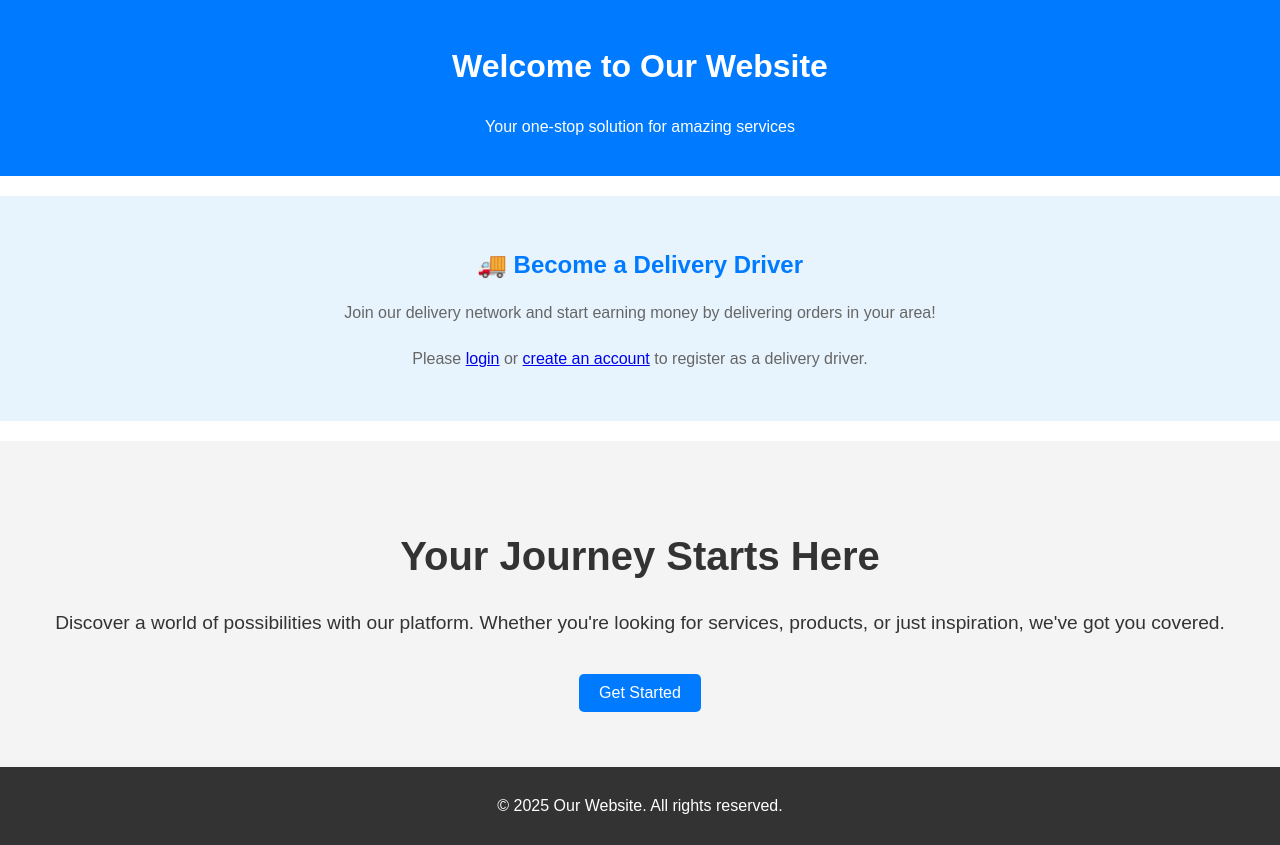
Repository: Jijiluzana225/indahagdelivery.com
Page: store/templates/store/home.html
These files come from the project's save history. The page is drawn as it stood at one moment and after the next save; the edit follows.
The browser window is 1280 px wide. The pictures show the whole page.
The template is drawn by Django 5.2. The application's start-up code is not run. Other server files are loaded and not shown. The template is opened directly, without the code that normally fills it, so the values that code supplies are empty.

Above is the page before, as saved 2025-06-25 09:23:35.

### store/templates/store/home.html
<!DOCTYPE html>
<html lang="en">
<head>
    <meta charset="UTF-8">
    <meta name="viewport" content="width=device-width, initial-scale=1.0">
    <title>Welcome to Our Website</title>
    <style>
        /* Basic Styles */
        body {
            font-family: Arial, sans-serif;
            margin: 0;
            padding: 0;
            line-height: 1.6;
            color: #333;
        }
        header {
            background: #007BFF;
            color: #fff;
            padding: 20px 10px;
            text-align: center;
        }
        nav {
            display: flex;
            justify-content: center;
            background: #0056b3;
            padding: 10px 0;
        }
        nav a {
            color: #fff;
            text-decoration: none;
            margin: 0 15px;
            font-weight: bold;
        }
        nav a:hover {
            text-decoration: underline;
        }
        .hero {
            text-align: center;
            padding: 50px 20px;
            background: #f4f4f4;
        }
        .hero h1 {
            font-size: 2.5rem;
            margin-bottom: 20px;
        }
        .hero p {
            font-size: 1.2rem;
            margin-bottom: 30px;
        }
        .hero button, .btn {
            background: #007BFF;
            color: #fff;
            padding: 10px 20px;
            border: none;
            cursor: pointer;
            font-size: 1rem;
            text-decoration: none;
            display: inline-block;
            border-radius: 5px;
            margin: 5px;
        }
        .hero button:hover, .btn:hover {
            background: #0056b3;
        }
        .btn-success {
            background: #28a745;
        }
        .btn-success:hover {
            background: #1e7e34;
        }
        footer {
            text-align: center;
            padding: 10px 0;
            background: #333;
            color: #fff;
        }
        /* User Info Styles */
        .user-info {
            display: flex;
            align-items: center;
            justify-content: center;
            margin-top: 20px;
            margin-bottom: 20px;
        }
        .user-info img {
            border-radius: 50%;
            width: 50px;
            height: 50px;
            margin-right: 10px;
        }
        .user-info .username {
            font-size: 1.2rem;
            font-weight: bold;
            color: #333;
        }
        .driver-section {
            text-align: center;
            padding: 30px 20px;
            background: #e8f4fd;
            margin: 20px 0;
        }
        .driver-section h2 {
            color: #007BFF;
            margin-bottom: 15px;
        }
        .driver-section p {
            margin-bottom: 20px;
            color: #666;
        }
    </style>
</head>
<body>
    <header>
        <h1>Welcome to Our Website</h1>
        <p>Your one-stop solution for amazing services</p>
    </header>


    <!-- User Info Section (Dynamic) -->
    {% if user.is_authenticated %}
    <div class="user-info">
        {% if user.customer.profile_picture %}
            <img src="{{ user.customer.profile_picture.url }}" alt="Profile Picture">
        {% else %}
            <img src="https://via.placeholder.com/50" alt="Default Profile">
        {% endif %}
        <div class="username">Welcome, {{ user.customer.name|default:user.username }}!</div>
    </div>
    {% endif %}

    <!-- Delivery Driver Registration Section -->
    <section class="driver-section">
        <h2>🚚 Become a Delivery Driver</h2>
        <p>Join our delivery network and start earning money by delivering orders in your area!</p>
        {% if user.is_authenticated %}
            {% if user.delivery_driver %}
                <p><strong>Status:</strong>
                    {% if user.delivery_driver.is_verified %}
                        <span style="color: green;">✅ Verified Driver</span>
                    {% else %}
                        <span style="color: orange;">⏳ Pending Verification</span>
                    {% endif %}
                </p>
                <a href="{% url 'driver_dashboard' %}" class="btn btn-success">View Dashboard</a>
            {% else %}
                <a href="{% url 'driver_register' %}" class="btn btn-success">Register as Driver</a>
            {% endif %}
        {% else %}
            <p>Please <a href="{% url 'login' %}">login</a> or <a href="{% url 'register' %}">create an account</a> to register as a delivery driver.</p>
        {% endif %}
    </section>

    <section class="hero">
        <h1>Your Journey Starts Here</h1>
        <p>Discover a world of possibilities with our platform. Whether you're looking for services, products, or just inspiration, we've got you covered.</p>
        <button>Get Started</button>
    </section>
    <footer>
        <p>&copy; 2025 Our Website. All rights reserved.</p>
    </footer>
</body>
</html>

After the next save:
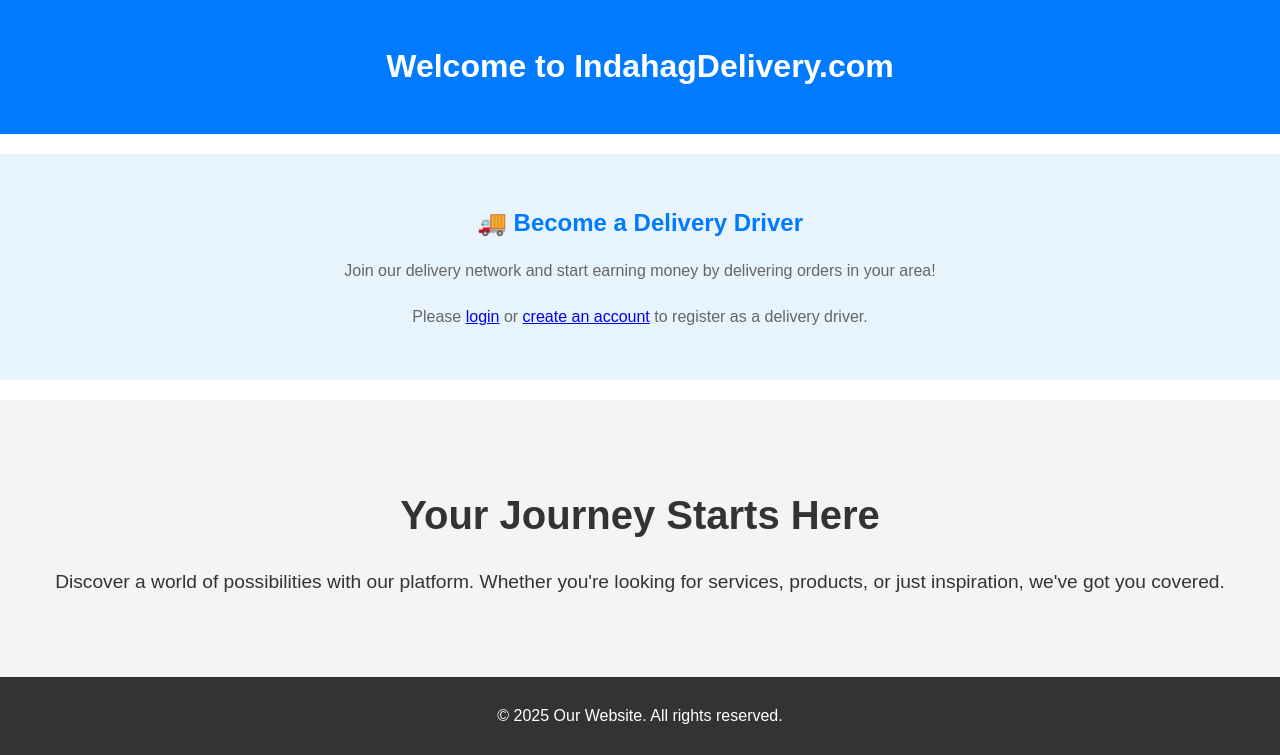
Saved 3 min 3 s later.
--- a/store/templates/store/home.html
+++ b/store/templates/store/home.html
@@ -111,8 +111,7 @@
 </head>
 <body>
     <header>
-        <h1>Welcome to Our Website</h1>
-        <p>Your one-stop solution for amazing services</p>
+        <h1>Welcome to IndahagDelivery.com</h1>
     </header>
 
 
@@ -153,7 +152,6 @@
     <section class="hero">
         <h1>Your Journey Starts Here</h1>
         <p>Discover a world of possibilities with our platform. Whether you're looking for services, products, or just inspiration, we've got you covered.</p>
-        <button>Get Started</button>
     </section>
     <footer>
         <p>&copy; 2025 Our Website. All rights reserved.</p>
